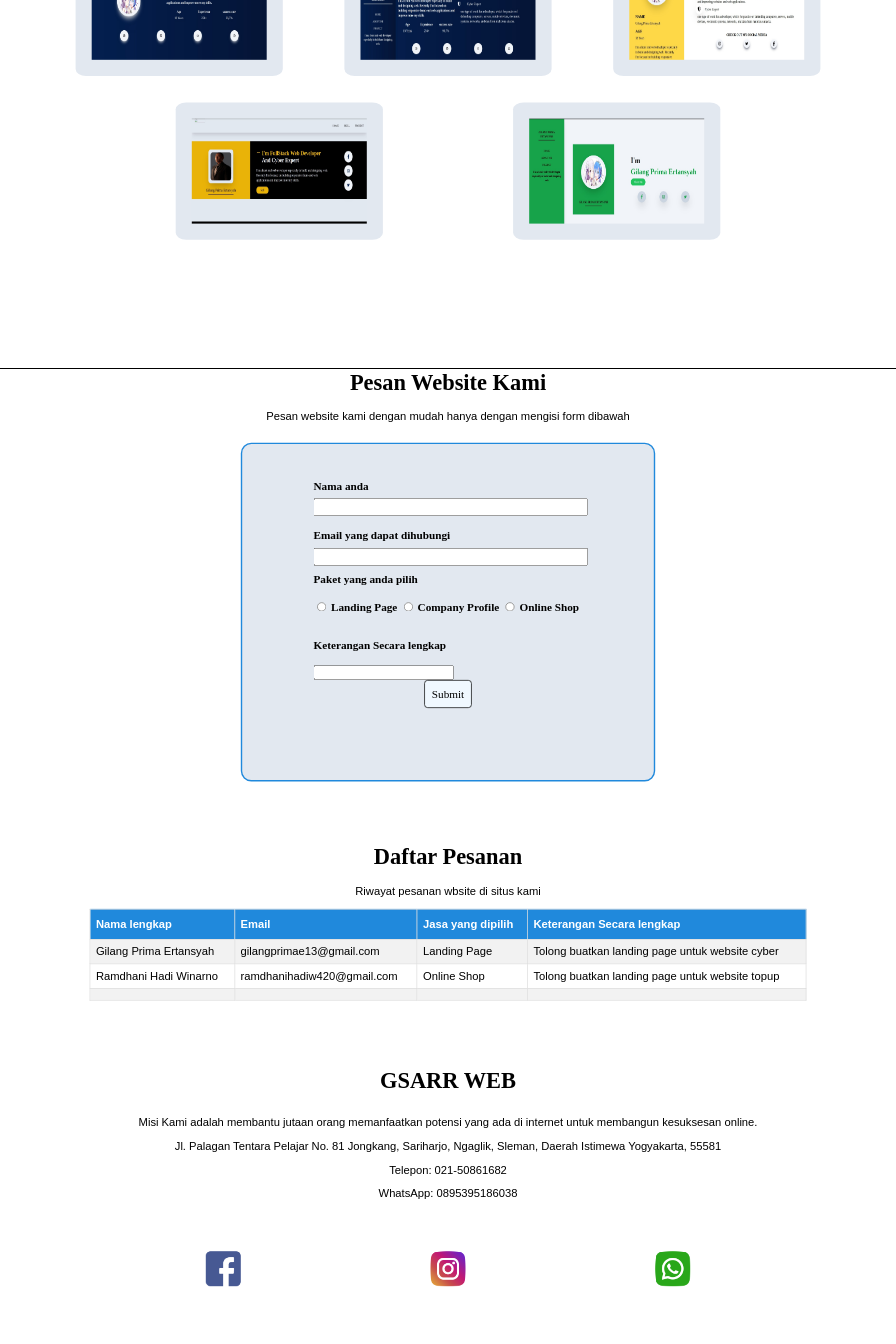
Repository: zecht12/TimModul
Page: TimModul.html
These files come from the project's save history. The page is drawn as it stood at one moment and after a run of saves; the edit follows.
The browser window is 1280 px wide. The pictures show the part of the page from y = 2379 to 4299 px (the page is 4378 px tall), at 70% of full size.

Above is the page before, as saved 2023-04-27 19:22:13.

### TimModul.html
<!DOCTYPE html>
<html lang="en">
<head>
    <meta charset="UTF-8">
    <meta http-equiv="X-UA-Compatible" content="IE=edge">
    <meta name="viewport" content="width=device-width, initial-scale=1.0">
    <link rel="stylesheet" href="style.css">
    <script src="script.js"></script>
    <title>Jasa Coding</title>
</head>
<body>
    <div style="height: 80px; width: 100%; background-color: white;">
        <header>
            <img src="./assets/wallpaper.jpg" alt="Image" style="height: 50px; width: 50px; border-radius: 100%;" >
            <ul class="nav_links">
                <li><a href="#">Home</a></li>
                <li><a href="#Paket">Harga</a></li>
                <li><a href="#Produk">Produk</a></li>
                <li><a href="#Forms">Form</a></li>
                <li><a href="#Dokumen">Dokumen</a></li>
            </ul>
        </headers>
    </div>
    <div style="background-image: url(./assets/bg.jpg); background-size: cover; background-position: top; width: 100%; height: 120vh; background-repeat: no-repeat; background-position: center;">
        <div style="display: flex; justify-content: center; align-items: center; padding: 5%; width: auto; height: auto;">
            <div style="height: auto; width: 70%; display: flex ; justify-content: center; align-items: center;">
                <div>
                    <div style=" display: flex; justify-content: center; align-items: center;">
                        <p style="text-align: center; color: white; font-size: 50px; font-weight: bold; width: 80%;">Jasa Pembuatan Website untuk Segala Kebutuhan Anda!</p>
                    </div>
                    <div style=" display: flex; justify-content: center; align-items: center; ">
                        <p style="text-align: center; color: white; font-size: large; width: 80%; ">Ingin wujudkan website impian tanpa ribet? Kami siap membantu Anda! Tersedia layanan jasa pembuatan website murah dan berkualitas dengan fitur terlengkap!</p>
                    </div>
                    <div style=" display: flex; justify-content: space-evenly; align-items: center;">
                        <div style=" display: flex; justify-content: center; align-items: center; gap: 5px;">
                            <img src="./assets/check.png" alt="check" width="30px" height="30px">
                            <p style="text-align: center; color: white; font-size: medium;">Proses Cepat</p>
                        </div>
                        <div style=" display: flex; justify-content: center; align-items: center; gap: 5px;">
                            <img src="./assets/check.png" alt="check" width="30px" height="30px">
                            <p style="text-align: center; color: white; font-size: medium">Harga Terjangkau</p>
                        </div>
                        <div style=" display: flex; justify-content: center; align-items: center; gap: 5px;">
                            <img src="./assets/check.png" alt="check" width="30px" height="30px">
                            <p style="text-align: center; color: white; font-size: medium;">Website Profesional</p>
                        </div>
                    </div>
                    <div style=" display: flex; justify-content: center; align-items: center; width: auto; height: auto;">
                        <p style="text-align: center; color: white; font-size: xx-large; font-weight: bold;">GSARR WEB</p>
                    </div>
                    <div style=" display: flex; justify-content: center; align-items: center; width: auto; height: auto;">
                        <a class="button1" href="#Paket" style="width: 200px; height: 50px; display: flex; justify-content: center; align-items: center; border-radius: 15px; background: #fff; color: #000; border: 2px solid #fff; cursor: pointer;">
                            Lihat Penawaran
                        </a>
                    </div>
                </div>
            </div>
        </div>
    </div>
    <div class="Paket" id="Paket" style="width: 100%; height: 120vh;">
        <p style="text-align: center; font-size: xx-large; font-weight: bold;">Harga Paket Jasa Pembuatan Website</p>
        <p style="text-align: center; font-size: medium; font-weight: bold; ">Tak perlu biaya mahal, Niagaweb menghadirkan jasa pembuatan website dengan harga terjangkau, fitur terbaik, dan layanan support nomor satu!</p>
        <div style="padding-left: 5%; padding-right: 5%;padding-top: 2%;display: flex;justify-content: space-evenly; align-items: center;" >
            <div style="padding: 2%; background-color: #e8ebf0; border-radius: 5%; height: 600px; width: 300px;">
                <p style="color: rgb(49, 49, 49); font-weight: bold; font-size: larger;">Landing Page</p>
                <p style="color: gray; font-weight: bold; font-size: medium;">Mulai dari:</p>
                <p style="color: #2089dc; font-size: xx-large; font-weight: bold; margin: auto; padding-bottom: 4%;">Rp 750.000</p>
                <div style="display: flex; justify-content: center; align-items: center;">
                    <a class="button1" href="#Forms" style="width: 200px; height: 50px; display: flex; justify-content: center; align-items: center; border-radius: 15px; background: transparent; color: #2089dc; border: 2px solid #2089dc; cursor: pointer;">
                        Checkout
                    </a>
                </div>
                <p style="color: gray; font-weight: bold; font-size: medium;">Bangun landing page dengan desain profesional! Biaya website terjangkau dengan fitur terbaik cocok untuk memulai bisnis online Anda.</p>
                <div style=" display: flex; justify-content: start; align-items: center; gap: 2px;">
                    <img src="./assets/check.png" alt="check" width="20px" height="20px">
                    <p style="color: black; font-size: medium;">Gratis Hosting dan Domain</p>
                </div>
                <div style=" display: flex; justify-content: start; align-items: center; gap: 2px;">
                    <img src="./assets/check.png" alt="check" width="20px" height="20px">
                    <p style="color: black; font-size: medium;">30 Pilihan Tema</p>
                </div>
                <div style=" display: flex; justify-content: start; align-items: center; gap: 2px;">
                    <img src="./assets/check.png" alt="check" width="20px" height="20px">
                    <p style="color: black; font-size: medium;">Free Maintenance di Bulan Pertama</p>
                </div>
                <div style=" display: flex; justify-content: start; align-items: center; gap: 2px;">
                    <img src="./assets/check.png" alt="check" width="20px" height="20px">
                    <p style="color: black; font-size: medium;">SEO Friendly</p>
                </div>
                <div style=" display: flex; justify-content: start; align-items: center; gap: 2px;">
                    <img src="./assets/check.png" alt="check" width="20px" height="20px">
                    <p style="color: black; font-size: medium;">Desain Responsif</p>
                </div>
                <div style=" display: flex; justify-content: start; align-items: center; gap: 2px;">
                    <img src="./assets/check.png" alt="check" width="20px" height="20px">
                    <p style="color: black; font-size: medium;">Pengerjaan 7 Hari Kerja</p>
                </div>
            </div>
            <div style="padding: 2%; background-color: #e8ebf0; border-radius: 5%; height: 600px; width: 300px;">
                <p style="color: rgb(49, 49, 49); font-weight: bold; font-size: larger;">Company Profile</p>
                <p style="color: gray; font-weight: bold; font-size: medium;">Mulai dari:</p>
                <p style="color: #2089dc; font-size: xx-large; font-weight: bold; margin: auto; padding-bottom: 4%;">Rp 2.000.000</p>
                <div style="display: flex; justify-content: center; align-items: center;">
                    <a class="button1" href="#Forms" style="width: 200px; height: 50px; display: flex; justify-content: center; align-items: center; border-radius: 15px; background: transparent; color: #2089dc; border: 2px solid #2089dc; cursor: pointer;">
                        Checkout
                    </a>
                </div>
                <p style="color: gray; font-weight: bold; font-size: medium;">Jasa pembuatan website untuk perusahaan B2B seperti konsultan, distributor, dan manufaktur. Saatnya tampilkan kesan profesional untuk perusahaan Anda!</p>
                <div style=" display: flex; justify-content: start; align-items: center; gap: 2px;">
                    <img src="./assets/check.png" alt="check" width="20px" height="20px">
                    <p style="color: black; font-size: medium;">Free Unlimited Hosting</p>
                </div>
                <div style=" display: flex; justify-content: start; align-items: center; gap: 2px;">
                    <img src="./assets/check.png" alt="check" width="20px" height="20px">
                    <p style="color: black; font-size: medium;">Free Maintenance Setiap Bulan</p>
                </div>
                <div style=" display: flex; justify-content: start; align-items: center; gap: 2px;">
                    <img src="./assets/check.png" alt="check" width="20px" height="20px">
                    <p style="color: black; font-size: medium;">Gratis Setup 5 Konten / Artikel</p>
                </div>
                <div style=" display: flex; justify-content: start; align-items: center; gap: 2px;">
                    <img src="./assets/check.png" alt="check" width="20px" height="20px">
                    <p style="color: black; font-size: medium;">1 Halaman Awal</p>
                </div>
                <div style=" display: flex; justify-content: start; align-items: center; gap: 2px;">
                    <img src="./assets/check.png" alt="check" width="20px" height="20px">
                    <p style="color: black; font-size: medium;">1x Revisi Desain</p>
                </div>
                <div style=" display: flex; justify-content: start; align-items: center; gap: 2px;">
                    <img src="./assets/check.png" alt="check" width="20px" height="20px">
                    <p style="color: black; font-size: medium;">500+ Tema Pilihan</p>
                </div>
            </div>
            <div style="padding: 2%; background-color: #e8ebf0; border-radius: 5%; height: 600px; width: 300px;">
                <p style="color: rgb(49, 49, 49); font-weight: bold; font-size: larger;">Online Shop</p>
                <p style="color: gray; font-weight: bold; font-size: medium;">Mulai dari:</p>
                <p style="color: #2089dc; font-size: xx-large; font-weight: bold; margin: auto; padding-bottom: 4%;">Rp 2.900.000</p>
                <div style="display: flex; justify-content: center; align-items: center;">
                    <a class="button1" href="#Forms" style="width: 200px; height: 50px; display: flex; justify-content: center; align-items: center; border-radius: 15px; background: transparent; color: #2089dc; border: 2px solid #2089dc; cursor: pointer;">
                        Checkout
                    </a>
                </div>
                <p style="color: gray; font-weight: bold; font-size: medium;">Jasa website profesional yang direkomendasikan untuk bisnis atau UKM B2C seperti bisnis kuliner, properti, konveksi, travel, dll.</p>
                <div style=" display: flex; justify-content: start; align-items: center; gap: 2px;">
                    <img src="./assets/check.png" alt="check" width="20px" height="20px">
                    <p style="color: black; font-size: medium;">Gratis Setup5 Produk Unggulan</p>
                </div>
                <div style=" display: flex; justify-content: start; align-items: center; gap: 2px;">
                    <img src="./assets/check.png" alt="check" width="20px" height="20px">
                    <p style="color: black; font-size: medium;">Integrasi Marketplace / Instagram Shop</p>
                </div>
                <div style=" display: flex; justify-content: start; align-items: center; gap: 2px;">
                    <img src="./assets/check.png" alt="check" width="20px" height="20px">
                    <p style="color: black; font-size: medium;">Fitur Payment & Shipping</p>
                </div>
                <div style=" display: flex; justify-content: start; align-items: center; gap: 2px;">
                    <img src="./assets/check.png" alt="check" width="20px" height="20px">
                    <p style="color: black; font-size: medium;">5 Halaman Awal</p>
                </div>
                <div style=" display: flex; justify-content: start; align-items: center; gap: 2px;">
                    <img src="./assets/check.png" alt="check" width="20px" height="20px">
                    <p style="color: black; font-size: medium;">1x Revisi Desain</p>
                </div>
                <div style=" display: flex; justify-content: start; align-items: center; gap: 2px;">
                    <img src="./assets/check.png" alt="check" width="20px" height="20px">
                    <p style="color: black; font-size: medium;">500+ Tema Pilihan</p>
                </div>
            </div>
        </div>
    </div>
    <div id="Produk" style="width: 100%; height: 100vh; padding-top: 5%;">
        <h1 style="text-align: center; font-size: xx-large; font: bolder;">Banyak Pilihan Desain</h1>
        <p style="text-align: center; font: caption;">Pilih satu dari puluhan desain yang tersedia</p>
        <div class="produk" id="produk" >
            <a href="./JenisWeb/Web1.html" style="padding: 2%; background-color: #E2E8F0; border-radius: 5%; display: flex; justify-items: center; align-items: center;">
                <img src="./assets/web.jpeg" alt="Image" style="height: 150px; width: 250px;" >
            </a>
            <a href="./JenisWeb/Web2.html" style="padding: 2%; background-color: #E2E8F0; border-radius: 5%; display: flex; justify-items: center; align-items: center;">
                <img src="./assets/web1.jpeg" alt="Image" style="height: 150px; width: 250px;" >
            </a>
            <a href="./JenisWeb/Web3.html" style="padding: 2%; background-color: #E2E8F0; border-radius: 5%; display: flex; justify-items: center; align-items: center;">
                <img src="./assets/web2.jpg" alt="Image" style="height: 150px; width: 250px;" >
            </a>
        </div>
        <div class="produk1" id="produk1" >
            <a href="./JenisWeb/Web4.html" style="padding: 2%; background-color: #E2E8F0; border-radius: 5%; display: flex; justify-items: center; align-items: center;">
                <img src="./assets/web3.jpg" alt="Image" style="height: 150px; width: 250px;" >
            </a>
            <a href="./JenisWeb/Web5.html" style="padding: 2%; background-color: #E2E8F0; border-radius: 5%; display: flex; justify-items: center; align-items: center;">
                <img src="./assets/web4.jpg" alt="Image" style="height: 150px; width: 250px;" >
            </a>
            <a href="./JenisWeb/Web6.html" style="padding: 2%; background-color: #E2E8F0; border-radius: 5%; display: flex; justify-items: center; align-items: center;">
                <img src="./assets/web5.jpg" alt="Image" style="height: 150px; width: 250px;" >
            </a>
        </div>
        <div class="produk2" id="produk2" >
            <a href="./JenisWeb/Web7.html" style="padding: 2%; background-color: #E2E8F0; border-radius: 5%; display: flex; justify-items: center; align-items: center;">
                <img src="./assets/web6.jpg" alt="Image" style="height: 150px; width: 250px;" >
            </a>
            <a href="./JenisWeb/Web8.html" style="padding: 2%; background-color: #E2E8F0; border-radius: 5%; display: flex; justify-items: center; align-items: center;">
                <img src="./assets/web7.jpg" alt="Image" style="height: 150px; width: 250px;" >
            </a>
        </div>
    </div>
    <h1 style="margin-top: 22%; text-align: center;">Pesan Website Kami</h1>
    <p style="text-align: center; font: caption;">Pesan website kami dengan mudah hanya dengan mengisi form dibawah</p>
    <div style="min-width: 60%; height: auto;">
        <div id="Forms" class="forms" id="forms" >
            <form style=" padding-bottom: 8%; padding-left: 8%; padding-right: 8%; padding-top: 4%; border-radius: 15px; background-color: #E2E8F0; color: #2089dc; border: 2px solid #2089dc;">
                <div class="Formnama">
                    <label for="Nama" class="Labelnama">Nama anda</label><br>
                    <input type="text" id="Nama" name="Nama" class="Nama">
                </div>

                <div class="Formemail">
                    <label for="Email" class="Labelemail">Email yang dapat dihubungi</label>
                    <input type="text" id="Email" name="Email" class="Email">
                </div>

                <p for="Pilihan" class="Pilihan">Paket yang anda pilih</p>
                <div style="padding-bottom: 5%;" id="Paket" >
                    <input type="radio" id="Landing_Page" name="Landing_Page" value="Landing_Page">
                    <label for="FrontEnd">Landing Page</label>

                    <input type="radio" id="Company_Profile" name="Company_Profile" value="Company_Profile">
                    <label for="BackEnd">Company Profile</label>

                    <input type="radio" id="Online_Shop" name="Online_Shop" value="Online_Shop">
                    <label for="FullStack">Online Shop</label><br>
                </div>

                <div>
                    <p style="color: black; font-weight: bold; padding-bottom: 1%;">Keterangan Secara lengkap</p>
                    <input type="text" id="Keterangan" name="Keterangan" class="Keterangan" style="width: 50%; ">
                </div>

                <div style="display: flex; justify-content: center; align-items: center;">
                    <input type="submit" value="Submit" class="Button">
                </div>
            </form>
        </div>
    </div>
    <h1 style="margin-top: 2%; text-align: center;">Daftar Pesanan</h1>
    <p style="text-align: center; font: caption;">Riwayat pesanan wbsite di situs kami</p>
    <div id="Dokumen" style="display: flex; justify-content: center; align-items: center; width: 100%;">
        <table id="customers">
            <tr>
                <th>Nama lengkap</th>
                <th>Email</th>
                <th>Jasa yang dipilih</th>
                <th>Keterangan Secara lengkap</th>
            </tr>
            <tr>
                <td>Gilang Prima Ertansyah</td>
                <td>gilangprimae13@gmail.com</td>
                <td>Landing Page</td>
                <td>Tolong buatkan landing page untuk website cyber</td>
            </tr>
            <tr>
                <td>Ramdhani Hadi Winarno</td>
                <td>ramdhanihadiw420@gmail.com</td>
                <td>Online Shop</td>
                <td>Tolong buatkan landing page untuk website topup</td>
            </tr>
            <tr>
                <td id="p1"></td>
                <td id="p2"></td>
                <td></td>
                <td id="p4"></td>
            </tr>
        </table>
    </div>
    <div style="height: 70vh; width: 100%; background-color: white; margin: auto; justify-content: center; align-items: center;">
        <div style="padding: 5%;">
            <p style="text-align: center; color: black; font-size: xx-large; font-weight: bold;">GSARR WEB</p>
            <p style="text-align: center; font: caption;">Misi Kami adalah membantu jutaan orang memanfaatkan potensi yang ada di internet untuk membangun kesuksesan online.</p>
            <p style="text-align: center; font: caption;">Jl. Palagan Tentara Pelajar No. 81 Jongkang, Sariharjo, Ngaglik, Sleman, Daerah Istimewa Yogyakarta, 55581</p>
            <div>
                <p style="text-align: center; font: caption;">Telepon: 021-50861682</p>
                <p style="text-align: center; font: caption;">WhatsApp: 0895395186038</p>
            </div>
            <div class="Social" style="display: flex; align-items: center; justify-content: space-between; background-color: transparent; gap: 20px; padding-left: 20%; padding-right: 20%; padding-top: 5%; ">
                <a href="" style="background-color: #fff;">
                    <img src="/assets/facebook.png" alt="FB" width="50px" height="50px">
                </a>
                <a href="">
                    <img src="/assets/instagram.png" alt="FB" width="50px" height="50px">
                </a>
                <a href="">
                    <img src="/assets/whatsapp.png" alt="FB" width="50px" height="50px">
                </a>
            </div>
        </div>
    </div>
    <div style="height: 50px; width: 100%; background-color: white; margin: auto; justify-content: center; align-items: center;">
        <p style="color: black; text-align: center; padding-top: 20px;">&copy;2023 Tim Modul, Inc. All Rights Reserved</p>
    </div>
</body>
</html>

Loaded but not shown: script.js (9 lines, source omitted); style.css (140 lines, source omitted)

After the next 2 saves:
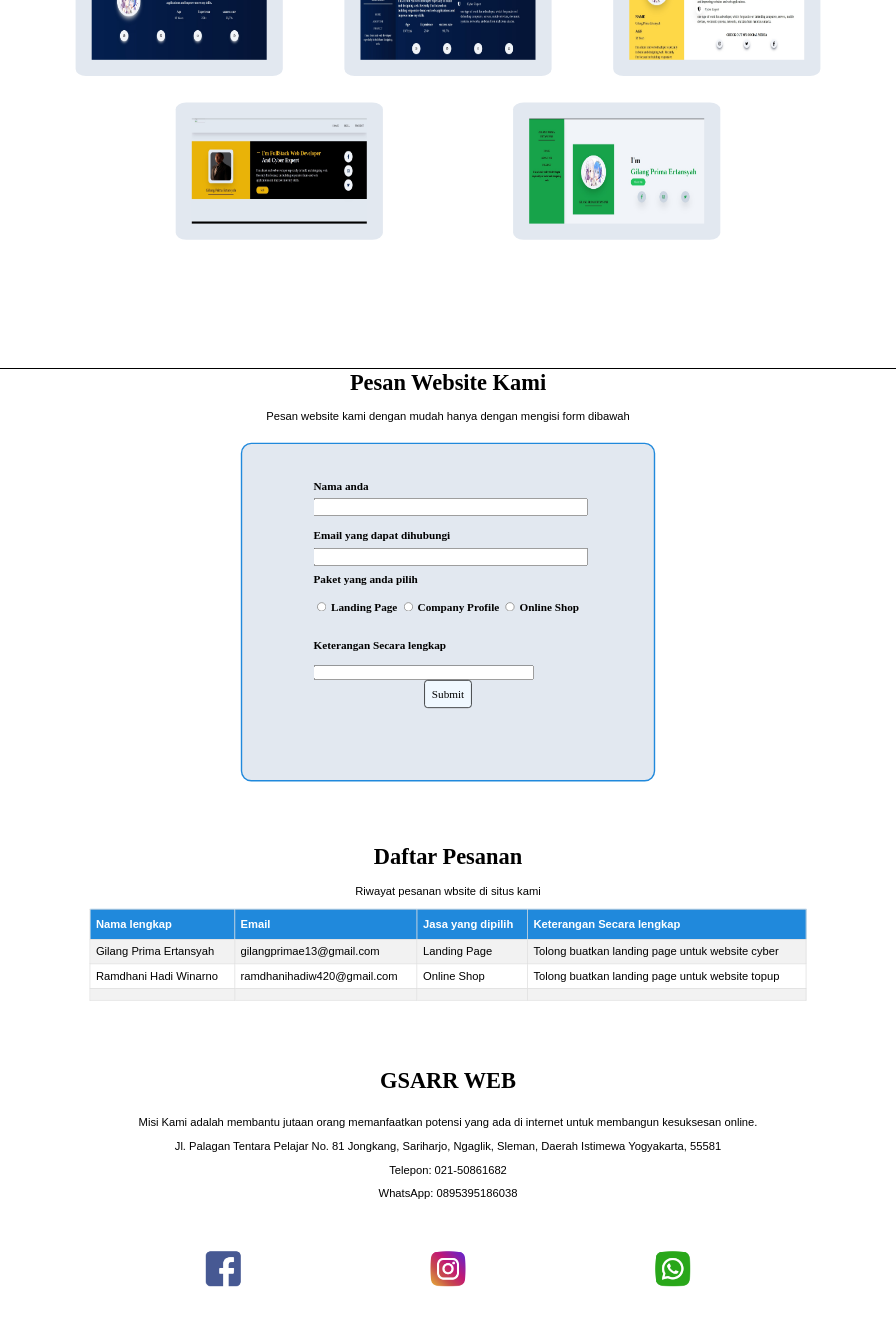
The 2 saves are shown as one change because they came seconds apart.
The last was saved 8 s later.
--- a/TimModul.html
+++ b/TimModul.html
@@ -231,7 +231,7 @@
 
                 <div>
                     <p style="color: black; font-weight: bold; padding-bottom: 1%;">Keterangan Secara lengkap</p>
-                    <input type="text" id="Keterangan" name="Keterangan" class="Keterangan" style="width: 50%; ">
+                    <input type="text" id="Keterangan" name="Keterangan" class="Keterangan" style="width: 80%; ">
                 </div>
 
                 <div style="display: flex; justify-content: center; align-items: center;">
